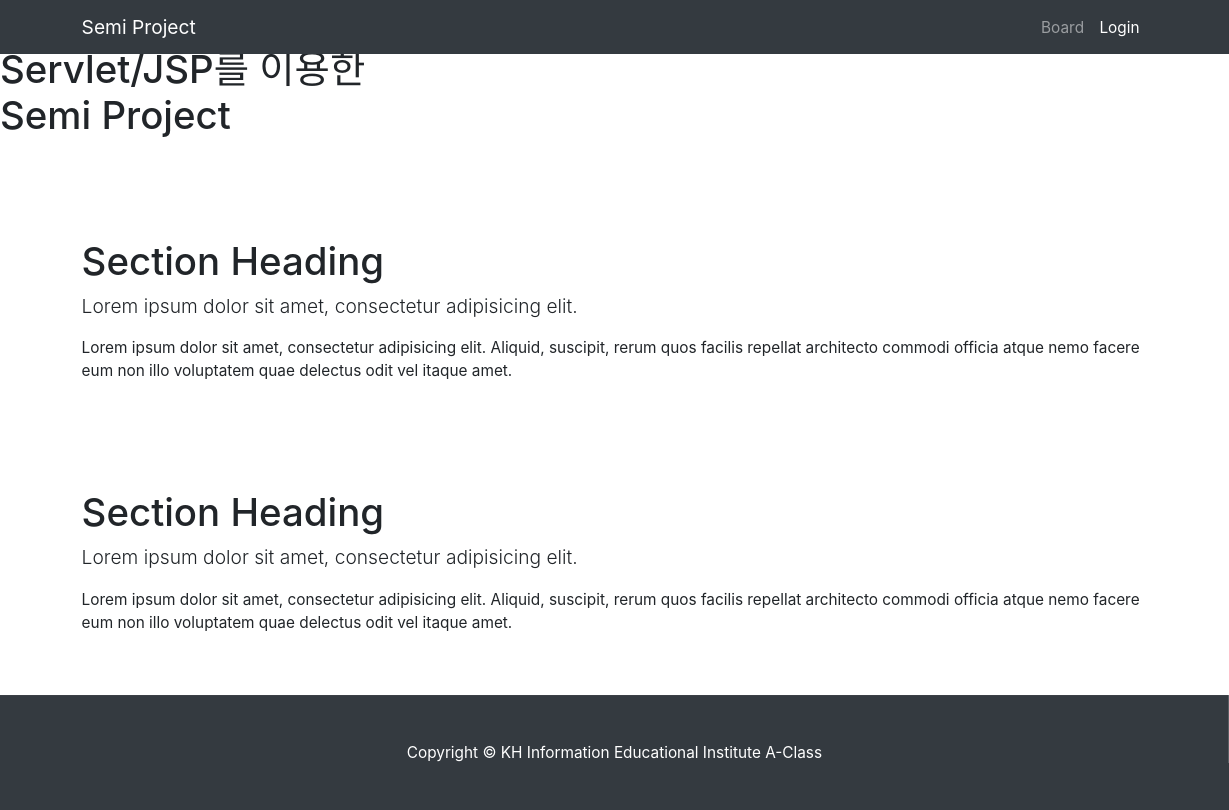
Repository: Seenee-Shin/servlet-jsp
Page: http://localhost/semi/main
The author's editor kept a copy of each file at every save. The page is drawn from the files as they stood at one save, then again after the next save.
The browser window is 1280 px wide. The pictures show the whole page, at 96% of full size.
Some web fonts or font styles are not loaded; a fallback is used. The page is served by Tomcat 9.

Above is the page before, as saved 2021-12-01 03:37:46.

After the next save:
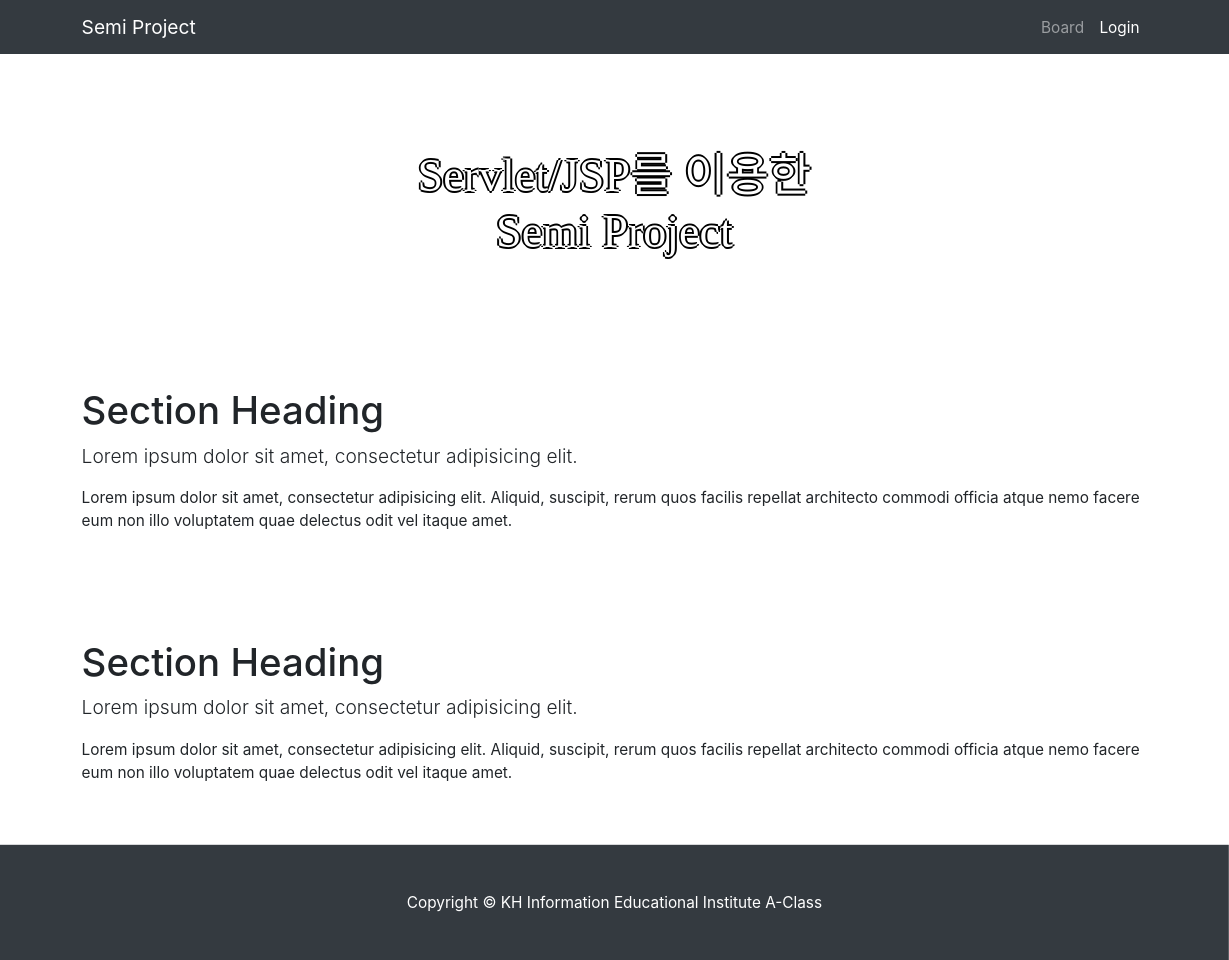
Saved 3 min 41 s later.
--- a/semi/src/main/webapp/WEB-INF/views/common/header.jsp
+++ b/semi/src/main/webapp/WEB-INF/views/common/header.jsp
@@ -17,7 +17,7 @@
 
 <!-- 공용 CSS / CSS같은 자원의 경로는 주소 경로를 적어준다. -->
 <!-- tip : header, footer 같이 여러 주소에서 사용되어 지는 화면의 자원 주소 경로 지정시 절대 경로를 사용하는 것이 좋다 -->
-<link rel="stylesheet" href="">
+<link rel="stylesheet" href="${contextPath}/resources/css/style.css">
 
 </head>
 
